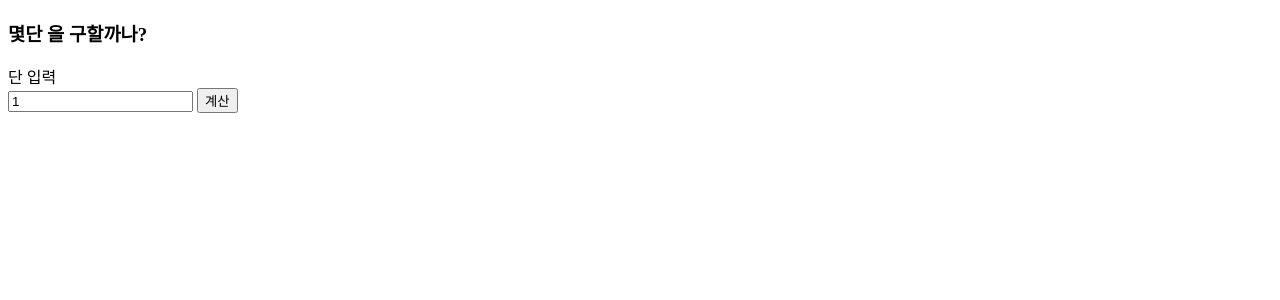
Repository: inji0212/back
Page: Backend_01_Practice/src/main/webapp/form_03_gugu.html
An editor plug-in stored every save of this project. The page is shown before and after the next save, followed by the edit.
The browser window is 1280 px wide. The pictures show the whole page.

Above is the page before, as saved 2026-10-06 05:18:21.

After the next save:
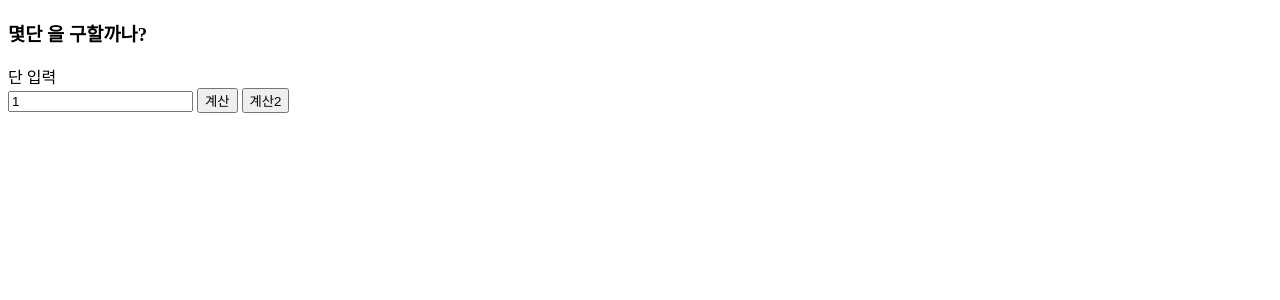
Saved 2 min 45 s later.
--- a/Backend_01_Practice/src/main/webapp/form_03_gugu.html
+++ b/Backend_01_Practice/src/main/webapp/form_03_gugu.html
@@ -7,10 +7,10 @@
 <body>
 	<h3>몇단 을 구할까나?</h3>
 	<form action="main" method="get">
-		<input type="hidden" name="action" value="gugu">
 		<div>단 입력</div>
 		<input type="number" min="1" value="1" name="dan">
 		<button>계산</button>
+		<input type="submit" value="계산2">
 	</form>
 </body>
 </html>
